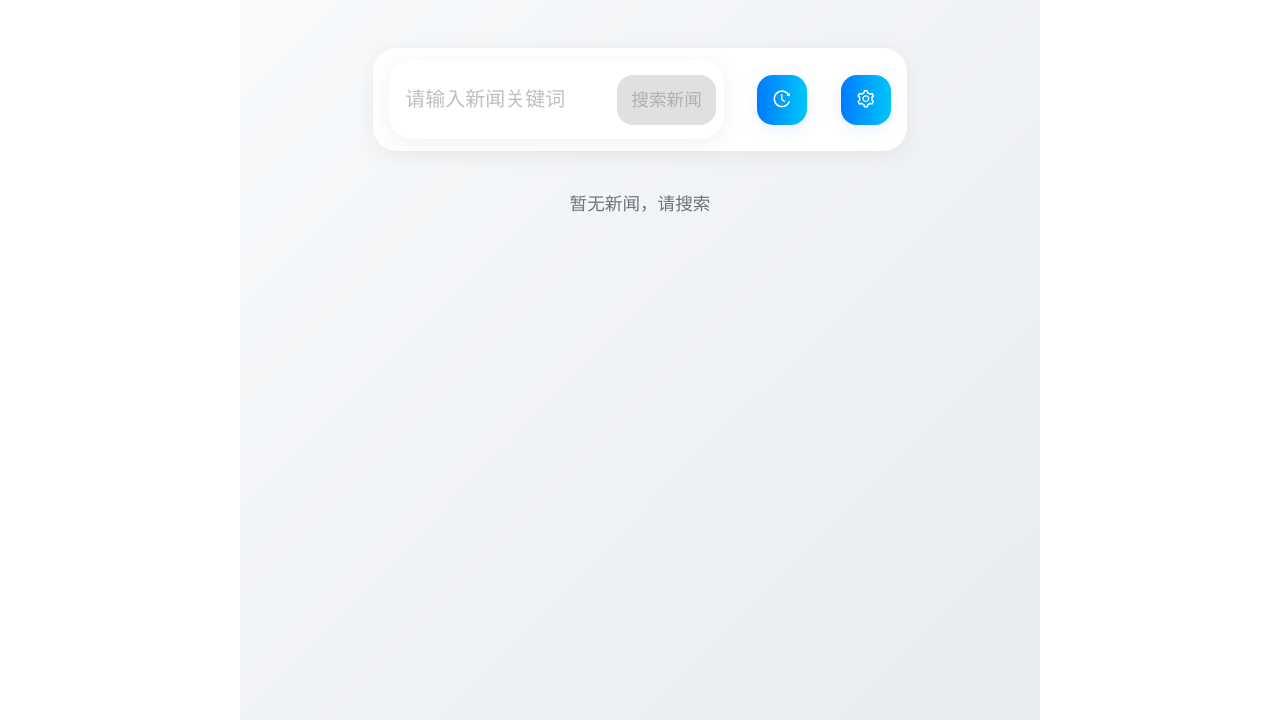
Repository: XJN7197/NewsAssistantBaseMCP
Page: / (app in frontend/)
The author's editor kept a copy of each file at every save. The page is drawn from the files as they stood at one save, then again after the next save.
The browser window is 1280 px wide. The pictures show the whole page.
The project was rebuilt for these pictures with package versions that can differ from the ones it lists, and the page was loaded fresh each time. Also part of the build but not shown: frontend/vite.config.ts, frontend/src/components/NewsCard.tsx.

Above is the page before, as saved 2025-05-25 19:45:45.

After the next save:
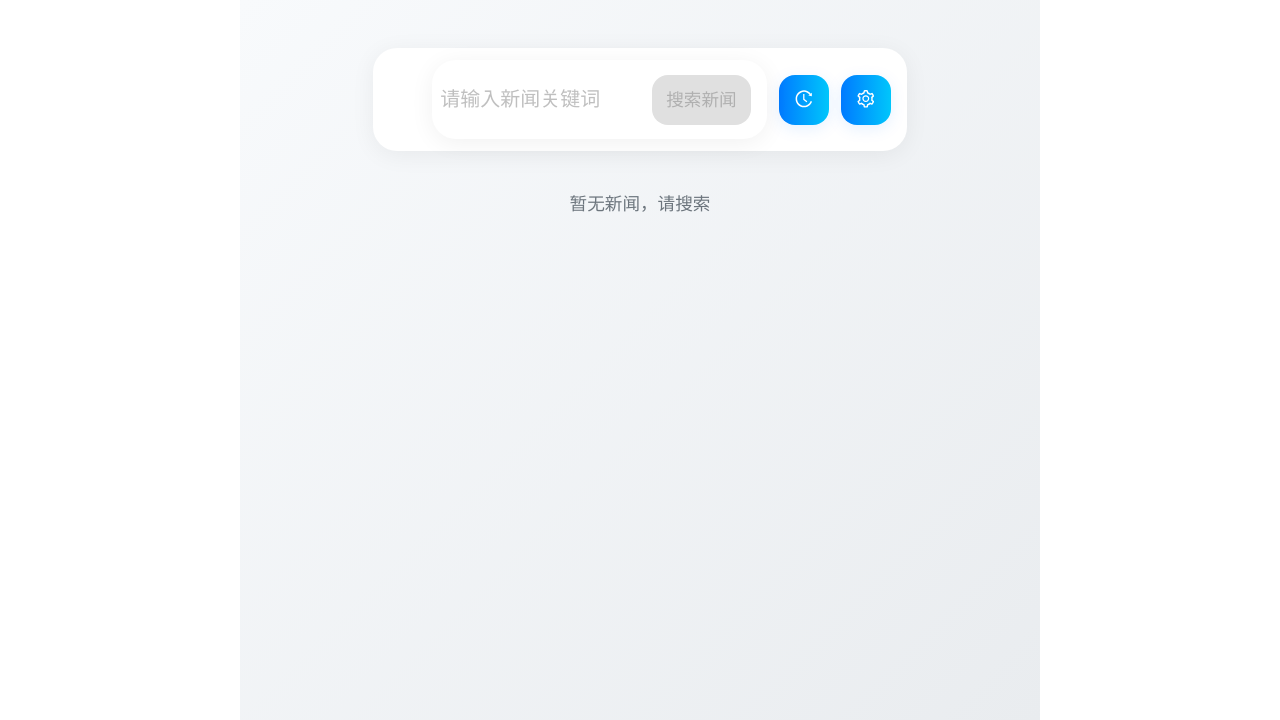
Saved 81 s later.
--- a/frontend/src/pages/Home.module.css
+++ b/frontend/src/pages/Home.module.css
@@ -11,7 +11,7 @@
 
 .search-bar {
   display: flex;
-  justify-content: space-between;
+  justify-content: flex-end;
   align-items: center;
   gap: 12px;
   position: sticky;
